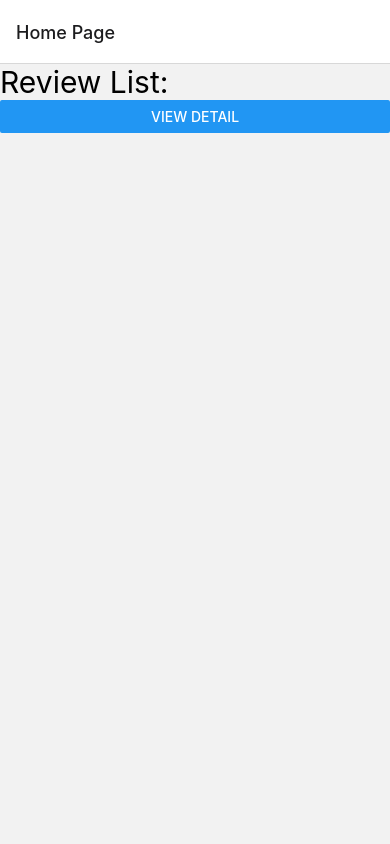
Repository: Ducbii4202/React-Native
Screen: /
An editor plug-in stored every save of this project. The screen is shown before and after a run of saves, followed by the edit.
The app was drawn by React Native's web renderer in a window 390 px wide. The project was rebuilt for these pictures with package versions that can differ from the ones it lists, and the page was loaded fresh each time. Some packages were replaced by stand-ins written for this rebuild. Also part of the build but not shown: components/review/detail.tsx.

Above is the screen before, as saved 2024-09-28 17:14:48.

After the next 3 saves:
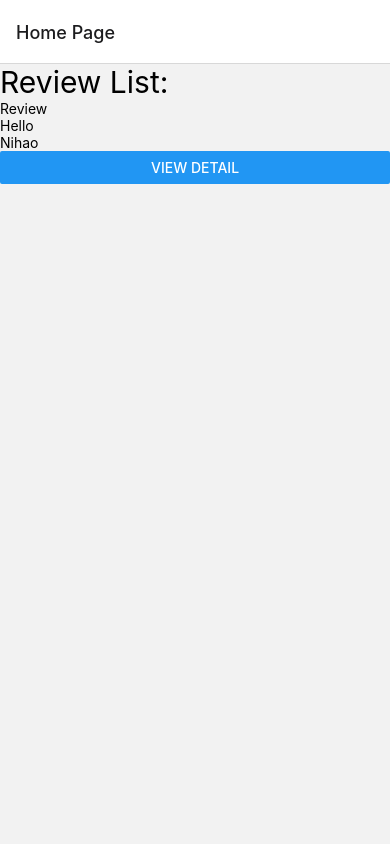
The 3 saves are shown as one change because 2 did not build or start.
The last was saved 2 min 1 s later.
--- a/components/review/home.tsx
+++ b/components/review/home.tsx
@@ -1,6 +1,6 @@
 import { NavigationProp, ParamListBase, useNavigation } from '@react-navigation/native';
 import React, { useState } from 'react';
-import { _View, Button, FlatList, Text, View } from 'react-native';
+import { _View, Button, FlatList, Text, TouchableOpacity, View } from 'react-native';
 
 
 interface IRview {
@@ -26,10 +26,13 @@ const HomeSreen = () => {
                     data={reviews}
                     keyExtractor={(item )=> item.id + ""}
                     renderItem={({ item }) => {
-                        return
+                        return (
+                        <TouchableOpacity>
                         <View>
                             <Text>{item.title}</Text>
-                        </View>
+                                </View>
+                            </TouchableOpacity>
+                        )
                     }}
                 />
             </View>
